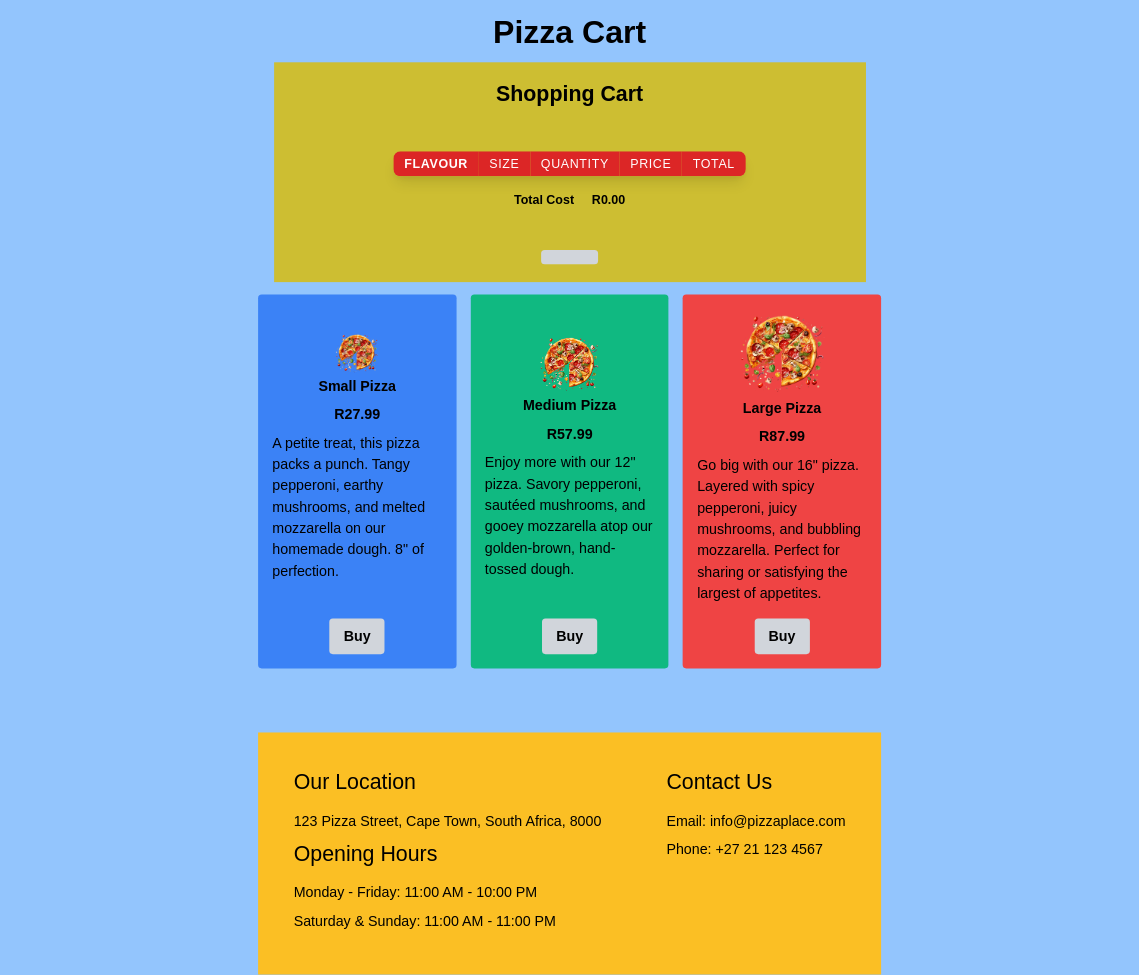
Repository: lasity34/pizza-cart-with-api
Page: index.html
The author's editor kept a copy of each file at every save. The page is drawn from the files as they stood at one save, then again after the next save.
The browser window is 1280 px wide. The pictures show the whole page, at 89% of full size.
The page's requests for data from a server got no answer. Some web fonts or font styles are not loaded; a fallback is used. Some web libraries are served in a nearby version.

Above is the page before, as saved 2023-07-14 10:53:11.
Console error (its wording comes from the project's code and is left out).

### index.html
<!DOCTYPE html>
<html lang="en">
  <head>
    <meta charset="UTF-8" />
    <meta name="viewport" content="width=device-width, initial-scale=1.0" />
    <title>Pizza Cart</title>
    <script src="//unpkg.com/alpinejs" defer></script>
    <link
      href="https://cdn.jsdelivr.net/npm/tailwindcss@2.1.2/dist/tailwind.min.css"
      rel="stylesheet"
    />
    <script
      src="https://cdnjs.cloudflare.com/ajax/libs/axios/1.4.0/axios.min.js"
      integrity="sha512-uMtXmF28A2Ab/JJO2t/vYhlaa/3ahUOgj1Zf27M5rOo8/+fcTUVH0/E0ll68njmjrLqOBjXM3V9NiPFL5ywWPQ=="
      crossorigin="anonymous"
      referrerpolicy="no-referrer"
    ></script>
    <link href="./style.css" rel="stylesheet" />
    <link rel="preconnect" href="https://fonts.googleapis.com" />
    <link rel="preconnect" href="https://fonts.gstatic.com" crossorigin />
    <link
      href="https://fonts.googleapis.com/css2?family=Titillium+Web:ital@0;1&family=Tsukimi+Rounded:wght@300;400;500&display=swap"
      rel="stylesheet"
    />
  </head>
  <body x-data="pizzaCart" class="bg-blue-300" x-cloak>
    <section class="flex justify-center items-center">
      <h1 class="text-4xl pt-4 font-bold">Pizza Cart</h1>
    </section>

    <section
  class="shop-container my-3 sm:my-4 p-4 sm:p-5 flex flex-col text-xs sm:text-sm justify-center items-center"
>
  <h2 class="text-xl sm:text-2xl mb-2 font-bold">Shopping Cart</h2>
  <div class="mt-4 flex flex-col items-center">
    <div>
        <section class="mt-6">
            <table class="table-auto w-full rounded-lg overflow-hidden shadow-lg max-w-md mx-auto">
                <thead class="bg-red-600">
                    <tr>
                        <th class="px-2 sm:px-3 py-1 text-left text-xs sm:text-sm font-bold font-medium text-white uppercase tracking-wider">Flavour</th>
                        <th class="px-2 sm:px-3 py-1 text-left text-xs sm:text-sm font-medium text-white uppercase tracking-wider">Size</th>
                        <th class="px-2 sm:px-3 py-1 text-left text-xs sm:text-sm font-medium text-white uppercase tracking-wider">Quantity</th>
                        <th class="px-2 sm:px-3 py-1 text-left text-xs sm:text-sm font-medium text-white uppercase tracking-wider">Price</th>
                        <th class="px-2 sm:px-3 py-1 text-left text-xs sm:text-sm font-medium text-white uppercase tracking-wider">Total</th>
                    </tr>
                </thead>
                <tbody class="bg-yellow-100 divide-y divide-gray-200 overflow-auto max-h-48 sm:max-h-56">

                    <template x-for="pizza in cartPizzas">
                        <tr>
                          <td class="px-1 sm:px-2 py-1 whitespace-nowrap font-bold text-xs sm:text-sm text-gray-500" x-text="pizza.flavour"></td>

                            <td class="px-2 sm:px-3 py-1 whitespace-nowrap font-bold text-xs sm:text-sm text-gray-500" x-text="pizza.size"></td>
                            <td class="px-2 sm:px-3 py-1 whitespace-nowrap font-bold text-xs sm:text-sm text-gray-500">
                                <div class="flex items-center justify-center">
                                    <button
                                        @click="addPizzaToCart(pizza.id)"
                                        class="bg-gray-200 hover:bg-gray-300 text-gray-800 font-bold py-1 px-2 sm:px-3 rounded-l"
                                    >
                                        +
                                    </button>
                                    <div x-text="pizza.qty" class="mx-1 sm:mx-2"></div>
                                    <button
                                        @click="removePizzaFromCart(pizza.id)"
                                        class="bg-gray-200 hover:bg-gray-300 text-gray-800 font-bold py-1 px-2 sm:px-3 rounded-r"
                                    >
                                        -
                                    </button>
                                </div>
                            </td>
                            <td class="px-2 sm:px-3 py-1 whitespace-nowrap text-xs sm:text-sm font-bold text-gray-500">
                                R<span x-text="pizza.price"></span>
                            </td>
                            <td class="px-2 sm:px-3 py-1 whitespace-nowrap text-xs sm:text-sm font-bold text-gray-500">
                                R<span x-text="(pizza.qty * pizza.price).toFixed(2)"></span>
                            </td>
                        </tr>
                    </template>
                </tbody>
            </table>
        </section>
    </div>
    <div class="flex justify-center mt-2 sm:mt-4">
      <p class="font-bold">Total Cost</p>
      <p class="ml-3 sm:ml-5 font-bold">
        R<span x-text="(cartTotal).toFixed(2)">0.00</span>
      </p>
    </div>
    <div class="mt-2 sm:mt-4">
      <span x-html="payMessage"></span>
    </div>

    <div class="mt-2 sm:mt-4" x-show="total() !== 0" x-cloak>
      <label class="font-bold">Payment Amount:</label>
      <input
        placeholder="Enter payment here"
        type="number"
        step="0.01"
        class="rounded ml-1 sm:ml-2 py-1 sm:py-2"
        x-model="paymentAmount"
      />
    </div>
    <div class="mt-3 sm:mt-6">
      <button
        x-cloak
        @click="payForCart()"
        class="bg-gray-300 hover:bg-gray-400 py-1 sm:py-2 px-4 sm:px-8 rounded font-bold"
      >
        <span x-text="total() === 0 ? 'Pay' : 'Checkout'"></span>
      </button>
    </div>
  </div>
</section>




    <section class="pizza_columns">
      <div
        class="flex flex-col gap-4 mx-auto items-center lg:items-stretch lg:flex-row justify-center"
      >
        <div
          class="flex bg-blue-500 rounded p-4 w-4/5 lg:w-4/5 flex-grow flex-shrink flex flex-col justify-between text-black items-center"
        >
          <div class="flex-grow flex flex-col items-center justify-center">
            <img src="./pizza.png" width="50" />
            <h3 class="mb-2 font-bold">Small Pizza</h3>
            <h3 class="mb-2 font-bold">R27.99</h3>
            <p class="mb-4">
              A petite treat, this pizza packs a punch. Tangy pepperoni, earthy
              mushrooms, and melted mozzarella on our homemade dough. 8" of
              perfection.
            </p>
          </div>
          <button
            @click="buy('small')"
            :disabled="smallAdded"
            class="bg-gray-300 hover:bg-gray-400 transition-colors duration-300 py-2 px-4 rounded font-bold"
          >
            Buy
          </button>
        </div>
        <div
          class="pizza_md bg-green-500 rounded p-4 w-4/5 lg:w-4/5 flex-grow flex-shrink flex flex-col justify-between text-black items-center"
        >
          <div class="flex-grow flex flex-col items-center justify-center">
            <img src="./pizza.png" width="70" />
            <h3 class="mb-2 font-bold">Medium Pizza</h3>
            <h3 class="mb-2 font-bold">R57.99</h3>
            <p class="mb-4">
              Enjoy more with our 12" pizza. Savory pepperoni, sautéed
              mushrooms, and gooey mozzarella atop our golden-brown, hand-tossed
              dough.
            </p>
          </div>
          <button
            @click="buy('medium')"
            :disabled="mediumAdded"
            class="bg-gray-300 hover:bg-gray-400 transition-colors duration-300 py-2 px-4 rounded font-bold"
          >
            Buy
          </button>
        </div>
        <div
          class="pizza_lg bg-red-500 rounded p-4 w-4/5 lg:w-4/5 flex-grow flex-shrink flex flex-col justify-between text-black items-center"
        >
          <div class="flex-grow flex flex-col items-center justify-center">
            <img src="./pizza.png" width="100" />
            <h3 class="mb-2 font-bold">Large Pizza</h3>
            <h3 class="mb-2 font-bold">R87.99</h3>
            <p class="mb-4">
              Go big with our 16" pizza. Layered with spicy pepperoni, juicy
              mushrooms, and bubbling mozzarella. Perfect for sharing or
              satisfying the largest of appetites.
            </p>
          </div>
          <button
            @click="buy('large')"
            :disabled="largeAdded"
            class="bg-gray-300 hover:bg-gray-400 transition-colors duration-300 py-2 px-4 rounded font-bold"
          >
            Buy
          </button>
        </div>
      </div>
    </section>
    <!-- all pizzas display -->
    <section class="mt-8">
        <div class="flex flex-col items-center">
            <template x-for="pizza in pizzas">
                <div class="flex items-center border-b border-gray-200 bg-yellow-200 shadow-lg rounded-lg px-4 py-4 my-3 w-full max-w-xl">
                    <div class="w-24 h-24 flex-shrink-0">
                        <img src="./pizza.png" class="w-full h-full object-cover rounded-lg" />
                    </div>
                    <div class="ml-4 flex-grow flex justify-between w-3/4 items-center">
                        <h5 class="ml-2 text-lg font-bold text-black" x-text="pizza.flavour"></h5>
                        <p class="text-lg text-black mt-5 mb-4 mr-6 font-bold">R<span x-text="pizza.price"></span></p>
                    </div>
                    <div>
                        <button @click="addPizzaToCart(pizza.id)" class="bg-gray-600 hover:bg-gray-700 text-white font-bold py-2 px-4 rounded">Buy</button>
                    </div>
                </div>
            </template>
        </div>
    </section>



    <footer class="bg-yellow-400 text-black mt-10 p-10">
      <div class="container mx-auto flex justify-between">
        <div>
          <h2 class="text-2xl mb-4">Our Location</h2>
          <p class="mb-2">123 Pizza Street, Cape Town, South Africa, 8000</p>

          <h2 class="text-2xl mb-4">Opening Hours</h2>
          <p class="mb-2">Monday - Friday: 11:00 AM - 10:00 PM</p>
          <p class="mb-2">Saturday & Sunday: 11:00 AM - 11:00 PM</p>
        </div>
        <div>
          <h2 class="text-2xl mb-4">Contact Us</h2>
          <p class="mb-2">Email: info@pizzaplace.com</p>
          <p class="mb-2">Phone: +27 21 123 4567</p>
        </div>
      </div>
    </footer>

    <div
      x-show="show"
      x-transition:enter="transition ease-out duration-300"
      x-transition:enter-start="opacity-0 transform scale-90"
      x-transition:enter-end="opacity-100 transform scale-100"
      x-transition:leave="transition ease-in duration-300"
      x-transition:leave-start="opacity-100 transform scale-100"
      x-transition:leave-end="opacity-0 transform scale-90"
      class="fixed inset-0 flex items-center justify-center z-50"
    >
      <div class="bg-green-800 text-white rounded p-5 shadow-lg">
        <p x-text="message"></p>
      </div>
    </div>

    <script src="./pizza.js"></script>
  </body>
</html>

### style.css

body {
    max-width: 700px;
    margin: 0 auto;

font-family: 'Tsukimi Rounded', sans-serif;
}

.shop-container {
    background-color: rgb(205, 190, 50);
    max-width: 95%;
    margin: 1em auto;
}

input::-webkit-outer-spin-button,
input::-webkit-inner-spin-button {
  -webkit-appearance: none;
  margin: 0;
}

input[type="number"] {
  -moz-appearance: textfield;
 text-indent: 10px;
}

[x-cloak] { display: none; }

### pizza.js
function pizzaCart() {
  return {
    quantity: 0,
    paymentAmount: 0,
    message: "",
    payMessage: "",
    smallAdded: false,
    mediumAdded: false,
    largeAdded: false,
    show: false,
    prices: {
      small: 27.99,
      medium: 57.99,
      large: 87.99,
    },
    lastMessageAdded: "",

    pizzas: [],
    username: "bjorn",
    cartId: "jI0VaxiP9k",
    cartPizzas: [],
    cartTotal: 0.0,
    // increment(size) {
    //   if (size === "small" && this.smallAdded) {
    //     this.smallAmount++;
    //   } else if (size === "medium" && this.mediumAdded) {
    //     this.mediumAmount++;
    //   } else if (size === "large" && this.largeAdded) {
    //     this.largeAmount++;
    //   }
    // },
    // buy(size) {
    //   if (size === "small") {
    //     this.smallAdded = true;
    //     this.smallAmount++; // increment the small pizza count
    //     this.message = "Small Pizza has been added";
    //   } else if (size === "medium") {
    //     this.mediumAdded = true;
    //     this.mediumAmount++; // increment the medium pizza count
    //     this.message = "Medium Pizza has been added";
    //   } else if (size === "large") {
    //     this.largeAdded = true;
    //     this.largeAmount++; // increment the large pizza count
    //     this.message = "Large Pizza has been added";
    //   }
    //   this.toggleModal();
    // },
    // decrement(size) {
    //   if (size === "small" && this.smallAmount > 0 && this.smallAdded) {
    //     this.smallAmount--;
    //     if (this.smallAmount === 0) this.smallAdded = false;
    //   }
    //   if (size === "medium" && this.mediumAmount > 0 && this.mediumAdded) {
    //     this.mediumAmount--;
    //     if (this.mediumAmount === 0) this.mediumAdded = false;
    //   }
    //   if (size === "large" && this.largeAmount > 0 && this.largeAdded) {
    //     this.largeAmount--;
    //     if (this.largeAmount === 0) this.largeAdded = false;
    //   }
    // },
    // total() {
    //   return (
    //     this.smallAmount * this.prices.small +
    //     this.mediumAmount * this.prices.medium +
    //     this.largeAmount * this.prices.large
    //   );
    // },
    // paymentTotal() {
    //   if (this.paymentAmount < this.total()) {
    //     this.payMessage = `<p class='flex bg-red-600 text-white py-2 px-4 font-bold text-lg my-3 py-1'>R${(
    //       this.total() - this.paymentAmount
    //     ).toFixed(2)} is needed</p>`;
    //     setTimeout(() => {
    //       this.payMessage = "";
    //     }, 2000);
    //   } else if (this.paymentAmount > this.total()) {
    //     this.payMessage = `<p class='flex bg-red-600 text-white py-2 px-4 font-bold text-lg my-3 py-1'>There is R${(
    //       this.paymentAmount - this.total()
    //     ).toFixed(2)} too much</p>`;
    //     setTimeout(() => {
    //       this.payMessage = "";
    //     }, 2000);
    //   } else if (this.paymentAmount == this.total() && this.total() !== 0) {
    //     this.payMessage =
    //       "<p class='flex bg-green-600 text-white py-2 px-4 font-bold text-lg my-3 py-1'>Enjoy your pizzas<p>";
    //     this.reset();
    //     setTimeout(() => {
    //       this.payMessage = "";
    //     }, 2000);
    //   }
    // },
    toggleModal() {
      this.show = !this.show;
      if (this.show) {
        setTimeout(() => {
          this.show = false;
        }, 2000); // Close after 2 seconds
      }
    },
    reset() {
      this.smallAmount = 0;
      this.mediumAmount = 0;
      this.largeAmount = 0;
      this.paymentAmount = 0;
      this.message = "";

      this.smallAdded = false;
      this.mediumAdded = false;
      this.largeAdded = false;
      this.show = false;
    },

    // API

    getCart() {
      const getCartURL = `https://pizza-api.projectcodex.net/api/pizza-cart/${this.cartId}/get`;

      return axios.get(getCartURL);
    },
    addPizza(pizzaId) {
      return axios.post(
        "https://pizza-api.projectcodex.net/api/pizza-cart/add",
        {
          cart_code: this.cartId,
          pizza_id: pizzaId,
        }
      );
    },
    removePizza(pizzaId) {
      return axios.post(
        "https://pizza-api.projectcodex.net/api/pizza-cart/remove",
        {
          cart_code: this.cartId,
          pizza_id: pizzaId,
        }
      );
    },
    pay(amount) {
      axios.post("https://pizza-api.projectcodex.net//api/pizza-cart/pay", {
        cart_code: this.cartId,
        amount: 200,
      });
    },
    showCartData() {
      this.getCart().then((result) => {
        const cartData = result.data;
        this.cartPizzas = cartData.pizzas;
        this.cartTotal = cartData.total;
      });
    },
    init() {
      axios
        .get("https://pizza-api.projectcodex.net/api/pizzas")
        .then((result) => {
          this.pizzas = result.data.pizzas;
        });

      this.showCartData();
    },
    addPizzaToCart(pizzaId) {
      this.addPizza(pizzaId).then(() => {
        this.showCartData();
      });
    },
    removePizzaFromCart(pizzaId) {
      this.removePizza(pizzaId).then(() => {
        this.showCartData();
      });
    },
    payCart() {
      this.payMessage
    }
  };
}

document.addEventListener("alpine:init", () => {
  Alpine.data("pizzaCart", pizzaCart);
});

After the next save:
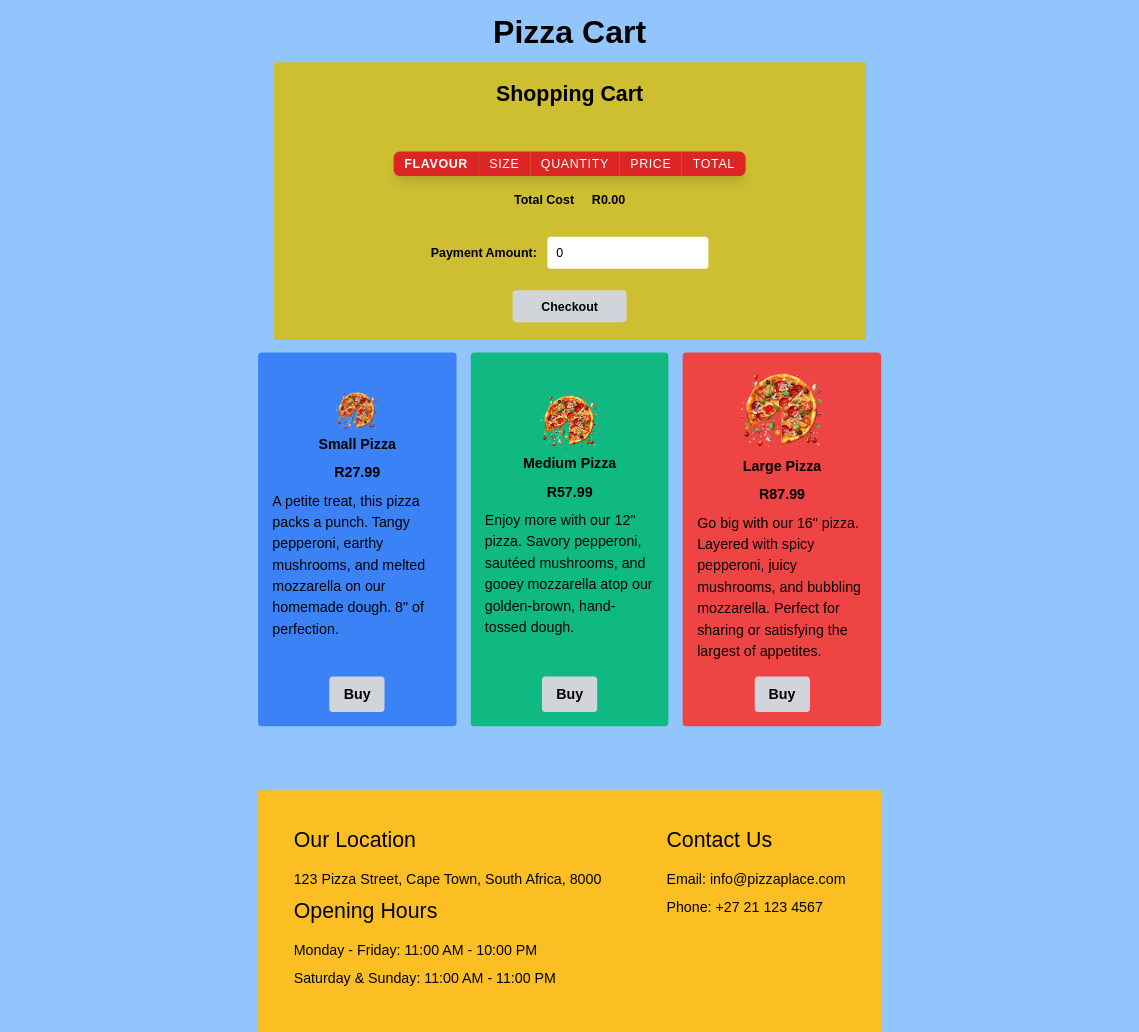
Saved 37 s later.
--- a/pizza.js
+++ b/pizza.js
@@ -20,76 +20,76 @@ function pizzaCart() {
     cartId: "jI0VaxiP9k",
     cartPizzas: [],
     cartTotal: 0.0,
-    // increment(size) {
-    //   if (size === "small" && this.smallAdded) {
-    //     this.smallAmount++;
-    //   } else if (size === "medium" && this.mediumAdded) {
-    //     this.mediumAmount++;
-    //   } else if (size === "large" && this.largeAdded) {
-    //     this.largeAmount++;
-    //   }
-    // },
-    // buy(size) {
-    //   if (size === "small") {
-    //     this.smallAdded = true;
-    //     this.smallAmount++; // increment the small pizza count
-    //     this.message = "Small Pizza has been added";
-    //   } else if (size === "medium") {
-    //     this.mediumAdded = true;
-    //     this.mediumAmount++; // increment the medium pizza count
-    //     this.message = "Medium Pizza has been added";
-    //   } else if (size === "large") {
-    //     this.largeAdded = true;
-    //     this.largeAmount++; // increment the large pizza count
-    //     this.message = "Large Pizza has been added";
-    //   }
-    //   this.toggleModal();
-    // },
-    // decrement(size) {
-    //   if (size === "small" && this.smallAmount > 0 && this.smallAdded) {
-    //     this.smallAmount--;
-    //     if (this.smallAmount === 0) this.smallAdded = false;
-    //   }
-    //   if (size === "medium" && this.mediumAmount > 0 && this.mediumAdded) {
-    //     this.mediumAmount--;
-    //     if (this.mediumAmount === 0) this.mediumAdded = false;
-    //   }
-    //   if (size === "large" && this.largeAmount > 0 && this.largeAdded) {
-    //     this.largeAmount--;
-    //     if (this.largeAmount === 0) this.largeAdded = false;
-    //   }
-    // },
-    // total() {
-    //   return (
-    //     this.smallAmount * this.prices.small +
-    //     this.mediumAmount * this.prices.medium +
-    //     this.largeAmount * this.prices.large
-    //   );
-    // },
-    // paymentTotal() {
-    //   if (this.paymentAmount < this.total()) {
-    //     this.payMessage = `<p class='flex bg-red-600 text-white py-2 px-4 font-bold text-lg my-3 py-1'>R${(
-    //       this.total() - this.paymentAmount
-    //     ).toFixed(2)} is needed</p>`;
-    //     setTimeout(() => {
-    //       this.payMessage = "";
-    //     }, 2000);
-    //   } else if (this.paymentAmount > this.total()) {
-    //     this.payMessage = `<p class='flex bg-red-600 text-white py-2 px-4 font-bold text-lg my-3 py-1'>There is R${(
-    //       this.paymentAmount - this.total()
-    //     ).toFixed(2)} too much</p>`;
-    //     setTimeout(() => {
-    //       this.payMessage = "";
-    //     }, 2000);
-    //   } else if (this.paymentAmount == this.total() && this.total() !== 0) {
-    //     this.payMessage =
-    //       "<p class='flex bg-green-600 text-white py-2 px-4 font-bold text-lg my-3 py-1'>Enjoy your pizzas<p>";
-    //     this.reset();
-    //     setTimeout(() => {
-    //       this.payMessage = "";
-    //     }, 2000);
-    //   }
-    // },
+    increment(size) {
+      if (size === "small" && this.smallAdded) {
+        this.smallAmount++;
+      } else if (size === "medium" && this.mediumAdded) {
+        this.mediumAmount++;
+      } else if (size === "large" && this.largeAdded) {
+        this.largeAmount++;
+      }
+    },
+    buy(size) {
+      if (size === "small") {
+        this.smallAdded = true;
+        this.smallAmount++; // increment the small pizza count
+        this.message = "Small Pizza has been added";
+      } else if (size === "medium") {
+        this.mediumAdded = true;
+        this.mediumAmount++; // increment the medium pizza count
+        this.message = "Medium Pizza has been added";
+      } else if (size === "large") {
+        this.largeAdded = true;
+        this.largeAmount++; // increment the large pizza count
+        this.message = "Large Pizza has been added";
+      }
+      this.toggleModal();
+    },
+    decrement(size) {
+      if (size === "small" && this.smallAmount > 0 && this.smallAdded) {
+        this.smallAmount--;
+        if (this.smallAmount === 0) this.smallAdded = false;
+      }
+      if (size === "medium" && this.mediumAmount > 0 && this.mediumAdded) {
+        this.mediumAmount--;
+        if (this.mediumAmount === 0) this.mediumAdded = false;
+      }
+      if (size === "large" && this.largeAmount > 0 && this.largeAdded) {
+        this.largeAmount--;
+        if (this.largeAmount === 0) this.largeAdded = false;
+      }
+    },
+    total() {
+      return (
+        this.smallAmount * this.prices.small +
+        this.mediumAmount * this.prices.medium +
+        this.largeAmount * this.prices.large
+      );
+    },
+    paymentTotal() {
+      if (this.paymentAmount < this.total()) {
+        this.payMessage = `<p class='flex bg-red-600 text-white py-2 px-4 font-bold text-lg my-3 py-1'>R${(
+          this.total() - this.paymentAmount
+        ).toFixed(2)} is needed</p>`;
+        setTimeout(() => {
+          this.payMessage = "";
+        }, 2000);
+      } else if (this.paymentAmount > this.total()) {
+        this.payMessage = `<p class='flex bg-red-600 text-white py-2 px-4 font-bold text-lg my-3 py-1'>There is R${(
+          this.paymentAmount - this.total()
+        ).toFixed(2)} too much</p>`;
+        setTimeout(() => {
+          this.payMessage = "";
+        }, 2000);
+      } else if (this.paymentAmount == this.total() && this.total() !== 0) {
+        this.payMessage =
+          "<p class='flex bg-green-600 text-white py-2 px-4 font-bold text-lg my-3 py-1'>Enjoy your pizzas<p>";
+        this.reset();
+        setTimeout(() => {
+          this.payMessage = "";
+        }, 2000);
+      }
+    },
     toggleModal() {
       this.show = !this.show;
       if (this.show) {
